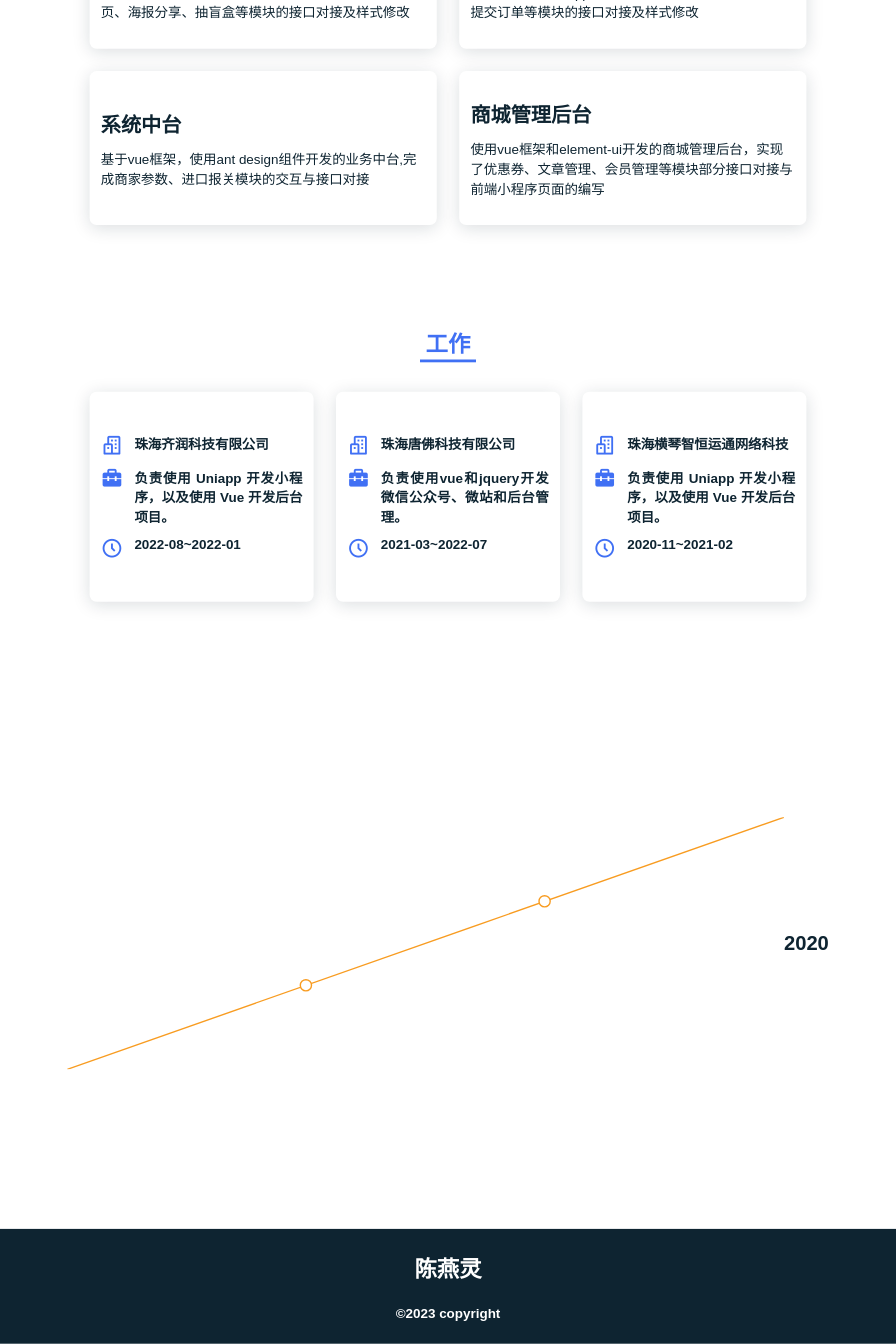
Repository: alinlinbo/yanling-resume-site
Page: index.html
The author's editor kept a copy of each file at every save. The page is drawn from the files as they stood at one save, then again after the next save.
The browser window is 1280 px wide. The pictures show the part of the page from y = 2671 to 4591 px (the page is 4591 px tall), at 70% of full size.

Above is the page before, as saved 2023-09-22 18:49:31.

After the next save:
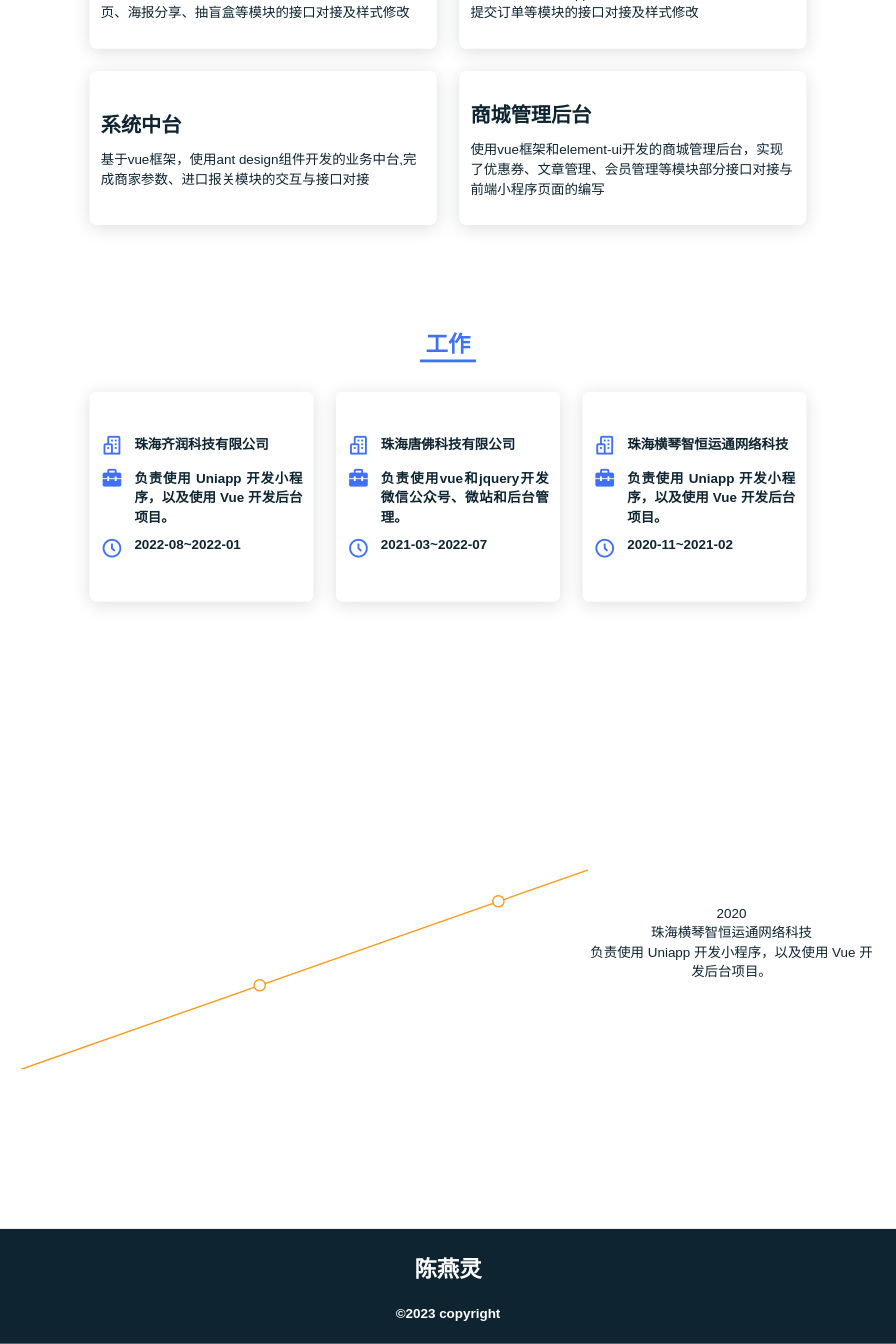
Saved 7 min 48 s later.
--- a/index.html
+++ b/index.html
@@ -335,7 +335,9 @@
                 </svg>
                 <div class="work__list">
                     <div class="work__item">
-                        <h1>2020</h1>
+                        <div>2020</div>
+                        <div>珠海横琴智恒运通网络科技</div>
+                        <div>负责使用 Uniapp 开发小程序，以及使用 Vue 开发后台项目。</div>
 
                     </div>
                 </div>
